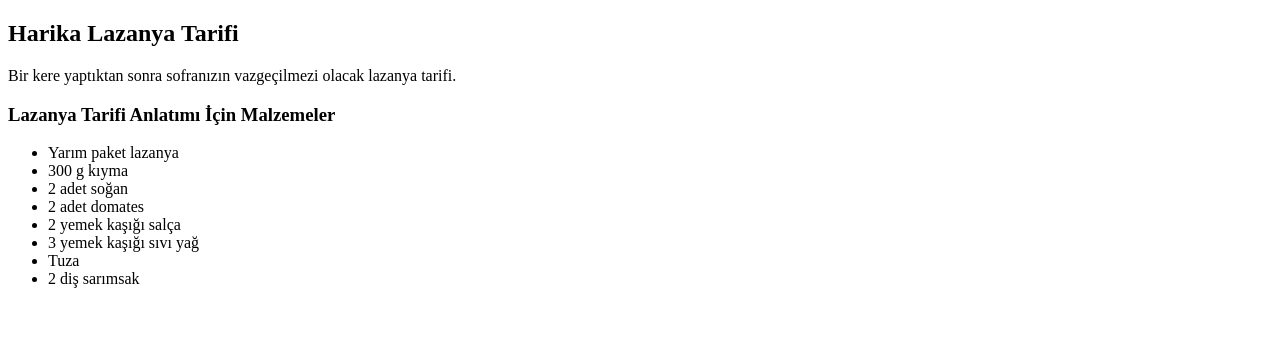
Repository: rizacantire/html
Page: Odev3/index.html
An editor plug-in stored every save of this project. The page is shown before and after the next save, followed by the edit.
The browser window is 1280 px wide. The pictures show the whole page.

Above is the page before, as saved 2021-12-06 23:59:04.

After the next save:
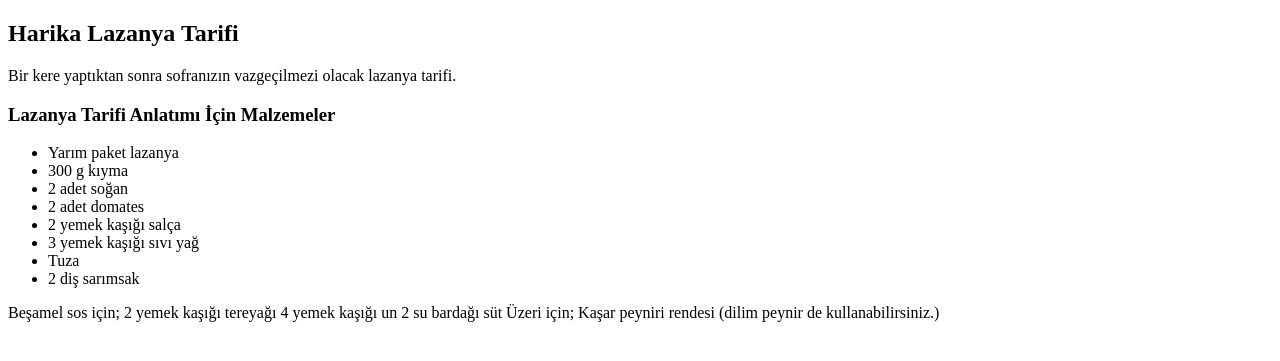
Saved 48 s later.
--- a/Odev3/index.html
+++ b/Odev3/index.html
@@ -31,6 +31,14 @@
                 <li>Tuza</li>
                 <li>2 diş sarımsak</li>
             </ul>
+            Beşamel sos için;
+
+2 yemek kaşığı tereyağı
+4 yemek kaşığı un
+2 su bardağı süt
+Üzeri için;
+
+Kaşar peyniri rendesi (dilim peynir de kullanabilirsiniz.)
         </article>
         <!-- Articles - End -->
     </section>
